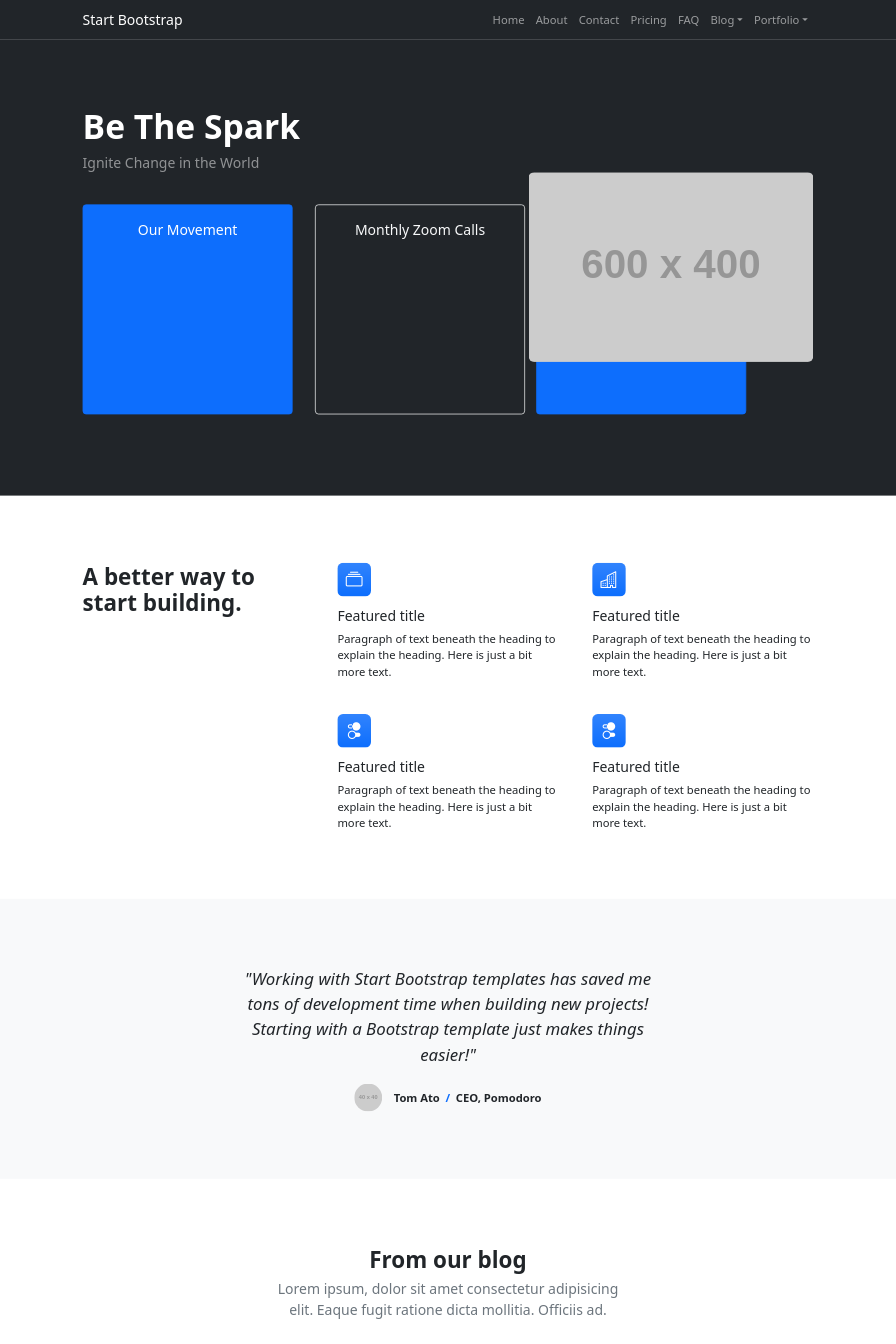
Repository: DragonFruit8/BeTheSpark
Page: index.html
These files come from the project's save history. The page is drawn as it stood at one moment and after the next save; the edit follows.
The browser window is 1280 px wide. The pictures show the part of the page from y = 0 to 1920 px (the page is 2852 px tall), at 70% of full size.

Above is the page before, as saved 2024-01-05 08:19:31.

### index.html
<!DOCTYPE html>
<html lang="en">
    <head>
        <meta charset="utf-8" />
        <meta name="viewport" content="width=device-width, initial-scale=1, shrink-to-fit=no" />
        <meta name="description" content="" />
        <meta name="author" content="" />
        <title>Modern Business - Start Bootstrap Template</title>
        <!-- Favicon-->
        <link rel="icon" type="image/x-icon" href="assets/favicon.ico" />
        <!-- Bootstrap icons-->
        <link href="https://cdn.jsdelivr.net/npm/bootstrap-icons@1.5.0/font/bootstrap-icons.css" rel="stylesheet" />
        <!-- Core theme CSS (includes Bootstrap)-->
        <link href="css/styles.css" rel="stylesheet" />
        <link href="css/home.css" rel="stylesheet" />
    </head>
    <body class="d-flex flex-column h-100">
        <main class="flex-shrink-0">
            <!-- Navigation-->
            <nav class="navbar navbar-expand-lg navbar-dark bg-dark">
                <div class="container px-5">
                    <a class="navbar-brand" href="index.html">Start Bootstrap</a>
                    <button class="navbar-toggler" type="button" data-bs-toggle="collapse" data-bs-target="#navbarSupportedContent" aria-controls="navbarSupportedContent" aria-expanded="false" aria-label="Toggle navigation"><span class="navbar-toggler-icon"></span></button>
                    <div class="collapse navbar-collapse" id="navbarSupportedContent">
                        <ul class="navbar-nav ms-auto mb-2 mb-lg-0">
                            <li class="nav-item"><a class="nav-link" href="index.html">Home</a></li>
                            <li class="nav-item"><a class="nav-link" href="about.html">About</a></li>
                            <li class="nav-item"><a class="nav-link" href="contact.html">Contact</a></li>
                            <li class="nav-item"><a class="nav-link" href="pricing.html">Pricing</a></li>
                            <li class="nav-item"><a class="nav-link" href="faq.html">FAQ</a></li>
                            <li class="nav-item dropdown">
                                <a class="nav-link dropdown-toggle" id="navbarDropdownBlog" href="#" role="button" data-bs-toggle="dropdown" aria-expanded="false">Blog</a>
                                <ul class="dropdown-menu dropdown-menu-end" aria-labelledby="navbarDropdownBlog">
                                    <li><a class="dropdown-item" href="blog-home.html">Blog Home</a></li>
                                    <li><a class="dropdown-item" href="blog-post.html">Blog Post</a></li>
                                </ul>
                            </li>
                            <li class="nav-item dropdown">
                                <a class="nav-link dropdown-toggle" id="navbarDropdownPortfolio" href="#" role="button" data-bs-toggle="dropdown" aria-expanded="false">Portfolio</a>
                                <ul class="dropdown-menu dropdown-menu-end" aria-labelledby="navbarDropdownPortfolio">
                                    <li><a class="dropdown-item" href="portfolio-overview.html">Portfolio Overview</a></li>
                                    <li><a class="dropdown-item" href="portfolio-item.html">Portfolio Item</a></li>
                                </ul>
                            </li>
                        </ul>
                    </div>
                </div>
            </nav>
            <!-- Header-->
            <header class="bg-dark py-5">
                <div class="container px-5">
                    <div class="row gx-5 align-items-center justify-content-center">
                        <div class="col-lg-8 col-xl-7 col-xxl-6">
                            <div class="my-5 text-center text-xl-start">
                                <h1 class="display-5 fw-bolder text-white mb-2">Be The Spark</h1>
                                <p class="lead fw-normal text-white-50 mb-4">Ignite Change in the World</p>
                                <div id="CTA" class="d-grid gap-3 d-sm-flex justify-content-sm-center justify-content-xl-start">
                                    <a class="btn btn-primary w-100 h-100 btn-lg px-4 me-sm-3" href="#features">Our Movement</a>
                                    <a class="btn btn-outline-light w-100 h-100 btn-lg px-4" href="#!">Monthly Zoom Calls</a>
                                    <a class="btn btn-primary btn-lg w-100 h-100 px-4 me-sm-3" href="#features">Get Involved </a>
                                </div>
                            </div>
                        </div>
                        <div class="col-xl-5 col-xxl-6 d-none d-xl-block text-center"><img class="img-fluid rounded-3 my-5" src="https://dummyimage.com/600x400/343a40/6c757d" alt="..." /></div>
                    </div>
                </div>
            </header>
            <!-- Features section-->
            <section class="py-5" id="features">
                <div class="container px-5 my-5">
                    <div class="row gx-5">
                        <div class="col-lg-4 mb-5 mb-lg-0"><h2 class="fw-bolder mb-0">A better way to start building.</h2></div>
                        <div class="col-lg-8">
                            <div class="row gx-5 row-cols-1 row-cols-md-2">
                                <div class="col mb-5 h-100">
                                    <div class="feature bg-primary bg-gradient text-white rounded-3 mb-3"><i class="bi bi-collection"></i></div>
                                    <h2 class="h5">Featured title</h2>
                                    <p class="mb-0">Paragraph of text beneath the heading to explain the heading. Here is just a bit more text.</p>
                                </div>
                                <div class="col mb-5 h-100">
                                    <div class="feature bg-primary bg-gradient text-white rounded-3 mb-3"><i class="bi bi-building"></i></div>
                                    <h2 class="h5">Featured title</h2>
                                    <p class="mb-0">Paragraph of text beneath the heading to explain the heading. Here is just a bit more text.</p>
                                </div>
                                <div class="col mb-5 mb-md-0 h-100">
                                    <div class="feature bg-primary bg-gradient text-white rounded-3 mb-3"><i class="bi bi-toggles2"></i></div>
                                    <h2 class="h5">Featured title</h2>
                                    <p class="mb-0">Paragraph of text beneath the heading to explain the heading. Here is just a bit more text.</p>
                                </div>
                                <div class="col h-100">
                                    <div class="feature bg-primary bg-gradient text-white rounded-3 mb-3"><i class="bi bi-toggles2"></i></div>
                                    <h2 class="h5">Featured title</h2>
                                    <p class="mb-0">Paragraph of text beneath the heading to explain the heading. Here is just a bit more text.</p>
                                </div>
                            </div>
                        </div>
                    </div>
                </div>
            </section>
            <!-- Testimonial section-->
            <div class="py-5 bg-light">
                <div class="container px-5 my-5">
                    <div class="row gx-5 justify-content-center">
                        <div class="col-lg-10 col-xl-7">
                            <div class="text-center">
                                <div class="fs-4 mb-4 fst-italic">"Working with Start Bootstrap templates has saved me tons of development time when building new projects! Starting with a Bootstrap template just makes things easier!"</div>
                                <div class="d-flex align-items-center justify-content-center">
                                    <img class="rounded-circle me-3" src="https://dummyimage.com/40x40/ced4da/6c757d" alt="..." />
                                    <div class="fw-bold">
                                        Tom Ato
                                        <span class="fw-bold text-primary mx-1">/</span>
                                        CEO, Pomodoro
                                    </div>
                                </div>
                            </div>
                        </div>
                    </div>
                </div>
            </div>
            <!-- Blog preview section-->
            <section class="py-5">
                <div class="container px-5 my-5">
                    <div class="row gx-5 justify-content-center">
                        <div class="col-lg-8 col-xl-6">
                            <div class="text-center">
                                <h2 class="fw-bolder">From our blog</h2>
                                <p class="lead fw-normal text-muted mb-5">Lorem ipsum, dolor sit amet consectetur adipisicing elit. Eaque fugit ratione dicta mollitia. Officiis ad.</p>
                            </div>
                        </div>
                    </div>
                    <div class="row gx-5">
                        <div class="col-lg-4 mb-5">
                            <div class="card h-100 shadow border-0">
                                <img class="card-img-top" src="https://dummyimage.com/600x350/ced4da/6c757d" alt="..." />
                                <div class="card-body p-4">
                                    <div class="badge bg-primary bg-gradient rounded-pill mb-2">News</div>
                                    <a class="text-decoration-none link-dark stretched-link" href="#!"><h5 class="card-title mb-3">Blog post title</h5></a>
                                    <p class="card-text mb-0">Some quick example text to build on the card title and make up the bulk of the card's content.</p>
                                </div>
                                <div class="card-footer p-4 pt-0 bg-transparent border-top-0">
                                    <div class="d-flex align-items-end justify-content-between">
                                        <div class="d-flex align-items-center">
                                            <img class="rounded-circle me-3" src="https://dummyimage.com/40x40/ced4da/6c757d" alt="..." />
                                            <div class="small">
                                                <div class="fw-bold">Kelly Rowan</div>
                                                <div class="text-muted">March 12, 2023 &middot; 6 min read</div>
                                            </div>
                                        </div>
                                    </div>
                                </div>
                            </div>
                        </div>
                        <div class="col-lg-4 mb-5">
                            <div class="card h-100 shadow border-0">
                                <img class="card-img-top" src="https://dummyimage.com/600x350/adb5bd/495057" alt="..." />
                                <div class="card-body p-4">
                                    <div class="badge bg-primary bg-gradient rounded-pill mb-2">Media</div>
                                    <a class="text-decoration-none link-dark stretched-link" href="#!"><h5 class="card-title mb-3">Another blog post title</h5></a>
                                    <p class="card-text mb-0">This text is a bit longer to illustrate the adaptive height of each card. Some quick example text to build on the card title and make up the bulk of the card's content.</p>
                                </div>
                                <div class="card-footer p-4 pt-0 bg-transparent border-top-0">
                                    <div class="d-flex align-items-end justify-content-between">
                                        <div class="d-flex align-items-center">
                                            <img class="rounded-circle me-3" src="https://dummyimage.com/40x40/ced4da/6c757d" alt="..." />
                                            <div class="small">
                                                <div class="fw-bold">Josiah Barclay</div>
                                                <div class="text-muted">March 23, 2023 &middot; 4 min read</div>
                                            </div>
                                        </div>
                                    </div>
                                </div>
                            </div>
                        </div>
                        <div class="col-lg-4 mb-5">
                            <div class="card h-100 shadow border-0">
                                <img class="card-img-top" src="https://dummyimage.com/600x350/6c757d/343a40" alt="..." />
                                <div class="card-body p-4">
                                    <div class="badge bg-primary bg-gradient rounded-pill mb-2">News</div>
                                    <a class="text-decoration-none link-dark stretched-link" href="#!"><h5 class="card-title mb-3">The last blog post title is a little bit longer than the others</h5></a>
                                    <p class="card-text mb-0">Some more quick example text to build on the card title and make up the bulk of the card's content.</p>
                                </div>
                                <div class="card-footer p-4 pt-0 bg-transparent border-top-0">
                                    <div class="d-flex align-items-end justify-content-between">
                                        <div class="d-flex align-items-center">
                                            <img class="rounded-circle me-3" src="https://dummyimage.com/40x40/ced4da/6c757d" alt="..." />
                                            <div class="small">
                                                <div class="fw-bold">Evelyn Martinez</div>
                                                <div class="text-muted">April 2, 2023 &middot; 10 min read</div>
                                            </div>
                                        </div>
                                    </div>
                                </div>
                            </div>
                        </div>
                    </div>
                    <!-- Call to action-->
                    <aside class="bg-primary bg-gradient rounded-3 p-4 p-sm-5 mt-5">
                        <div class="d-flex align-items-center justify-content-between flex-column flex-xl-row text-center text-xl-start">
                            <div class="mb-4 mb-xl-0">
                                <div class="fs-3 fw-bold text-white">New products, delivered to you.</div>
                                <div class="text-white-50">Sign up for our newsletter for the latest updates.</div>
                            </div>
                            <div class="ms-xl-4">
                                <div class="input-group mb-2">
                                    <input class="form-control" type="text" placeholder="Email address..." aria-label="Email address..." aria-describedby="button-newsletter" />
                                    <button class="btn btn-outline-light" id="button-newsletter" type="button">Sign up</button>
                                </div>
                                <div class="small text-white-50">We care about privacy, and will never share your data.</div>
                            </div>
                        </div>
                    </aside>
                </div>
            </section>
        </main>
        <!-- Footer-->
        <footer class="bg-dark py-4 mt-auto">
            <div class="container px-5">
                <div class="row align-items-center justify-content-between flex-column flex-sm-row">
                    <div class="col-auto"><div class="small m-0 text-white">Copyright &copy; Your Website 2023</div></div>
                    <div class="col-auto">
                        <a class="link-light small" href="#!">Privacy</a>
                        <span class="text-white mx-1">&middot;</span>
                        <a class="link-light small" href="#!">Terms</a>
                        <span class="text-white mx-1">&middot;</span>
                        <a class="link-light small" href="#!">Contact</a>
                    </div>
                </div>
            </div>
        </footer>
        <!-- Bootstrap core JS-->
        <script src="https://cdn.jsdelivr.net/npm/bootstrap@5.2.3/dist/js/bootstrap.bundle.min.js"></script>
        <!-- Core theme JS-->
        <script src="js/scripts.js"></script>
    </body>
</html>

### css/home.css
#CTA a{
    display: flexbox;
    min-height:300px;
    min-width: 300px;
    padding: 20px;
    margin-top: 20px;
    margin-bottom: 20px;
    border-radius: 5px;
}

Loaded but not shown: css/styles.css (library); js/scripts.js (common file)

After the next save:
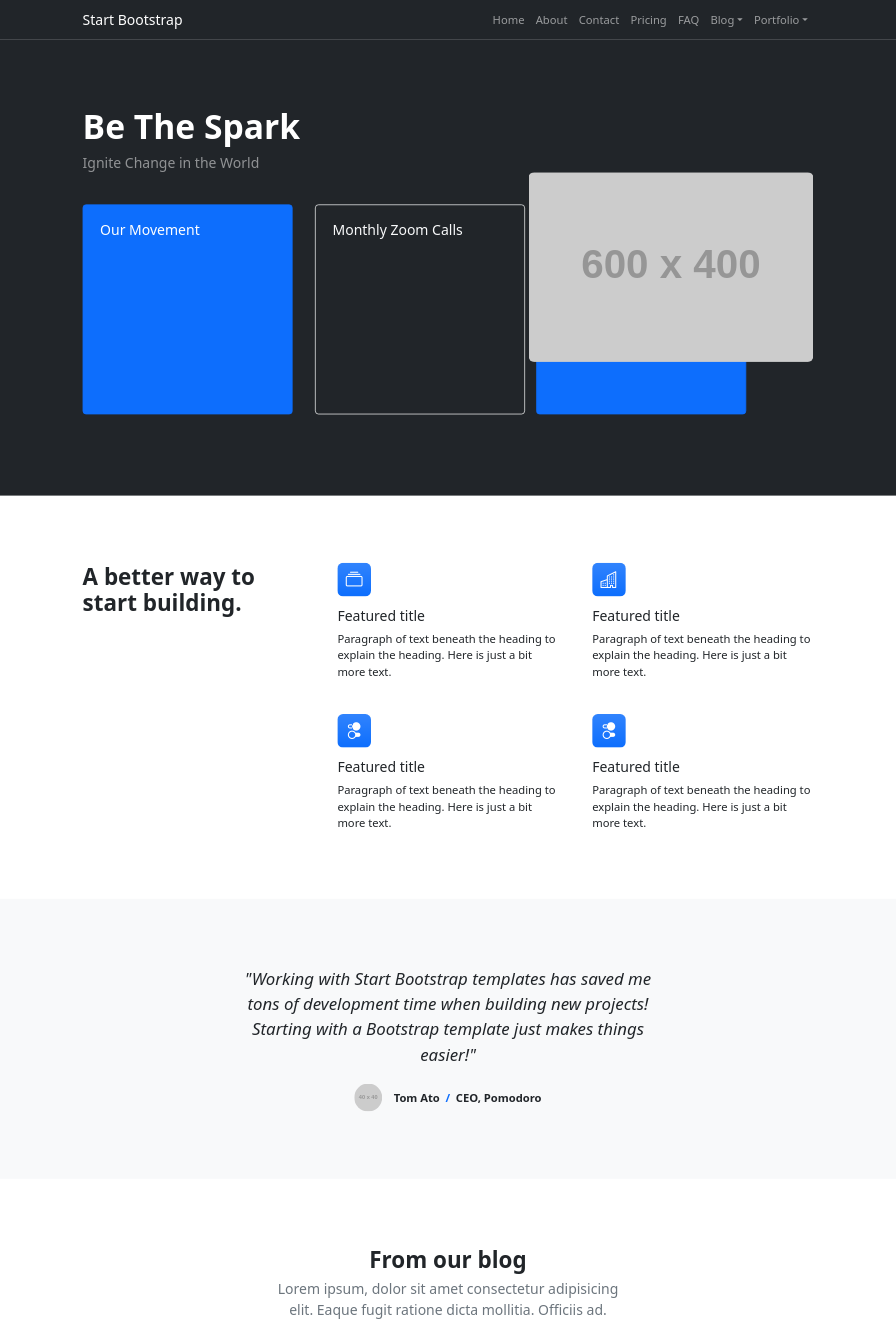
Saved 37 s later.
--- a/css/home.css
+++ b/css/home.css
@@ -1,5 +1,5 @@
 #CTA a{
-    display: flexbox;
+    display: flex;
     min-height:300px;
     min-width: 300px;
     padding: 20px;
